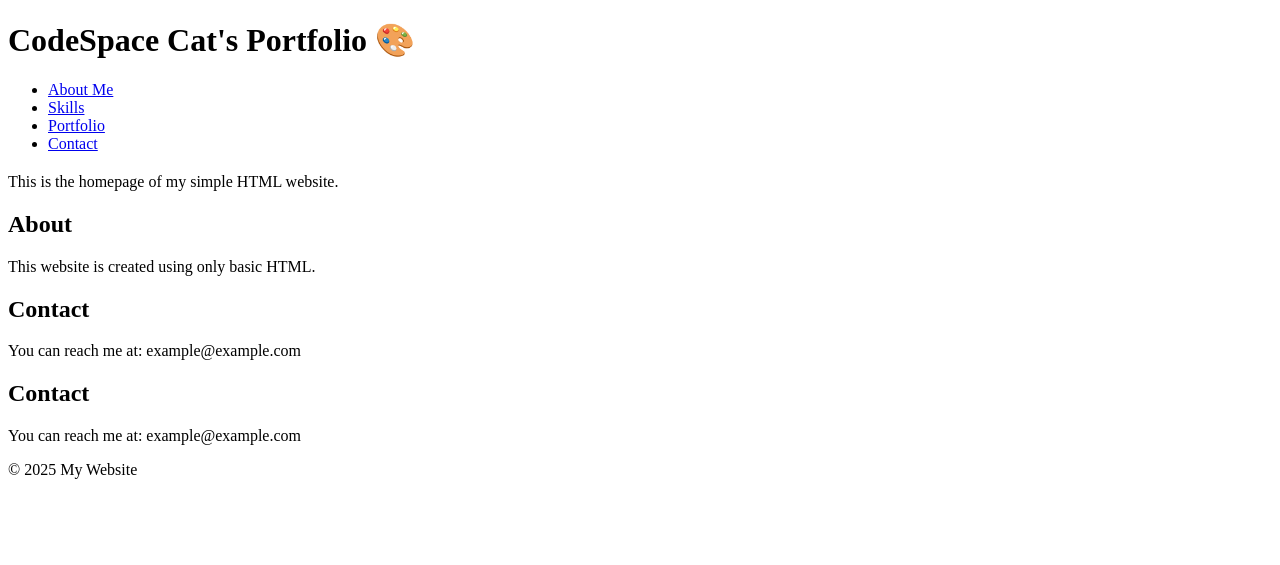
Repository: andajonas/Module_04_ANDJON25111_fto2502_A2_Anda-Jonas_SDF02
Page: index.html
The author's editor kept a copy of each file at every save. The page is drawn from the files as they stood at one save, then again after the next save.
The browser window is 1280 px wide. The pictures show the whole page.

Above is the page before, as saved 2025-03-05 08:57:36.

### index.html
<!DOCTYPE html>
<html>
<head>
    <title>CodeSpace Cat's Portfolio</title>
</head>
<body>
    <header>
        <h1>CodeSpace Cat's Portfolio 🎨</h1>
    </header>
    <nav>
        <ul>
            <li><a href="#about me">About Me</a></li>
            <li><a href="#skills">Skills</a></li>
            <li><a href="#portfolio">Portfolio</a></li>
            <li><a href="#contact">Contact</a></li>
        </ul>
    </nav>
    <section id="about me">
        <h2></h2>
        <p>This is the homepage of my simple HTML website.</p>
    </section>
    <section id="skills">
        <h2>About</h2>
        <p>This website is created using only basic HTML.</p>
    </section>
    <section id="portfolio">
        <h2>Contact</h2>
        <p>You can reach me at: example@example.com</p>
    </section>
    <section id="contact">
        <h2>Contact</h2>
        <p>You can reach me at: example@example.com</p>
    <footer>
        <p>&copy; 2025 My Website</p>
    </footer>
</body>
</html>

After the next save:
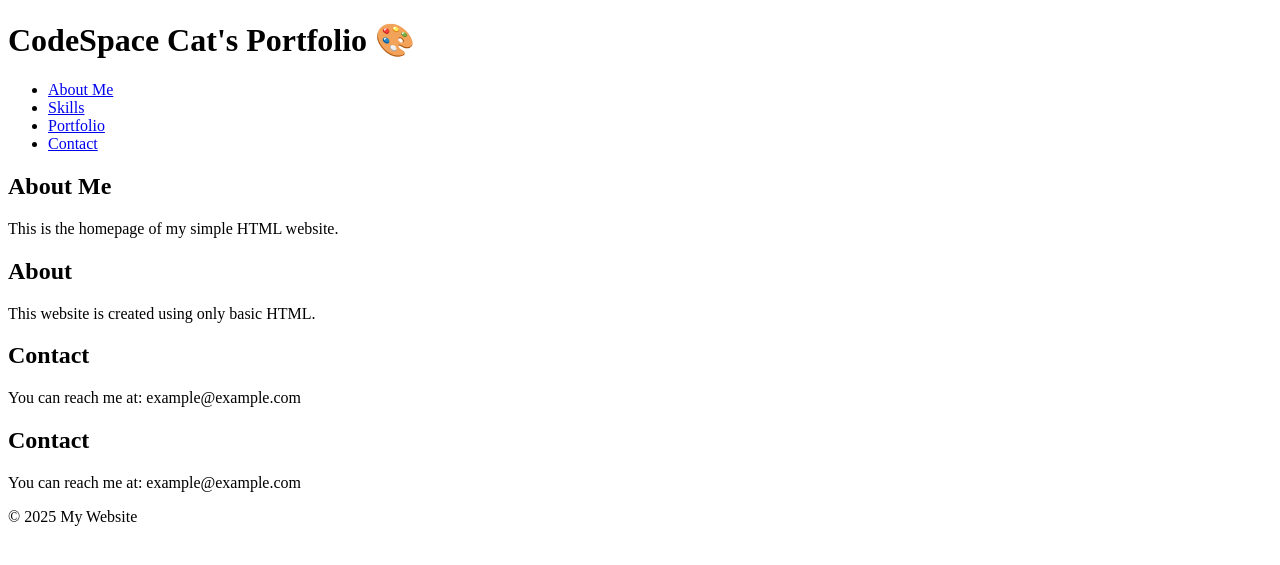
Saved 4 s later.
--- a/index.html
+++ b/index.html
@@ -16,7 +16,7 @@
         </ul>
     </nav>
     <section id="about me">
-        <h2></h2>
+        <h2>About Me</h2>
         <p>This is the homepage of my simple HTML website.</p>
     </section>
     <section id="skills">
